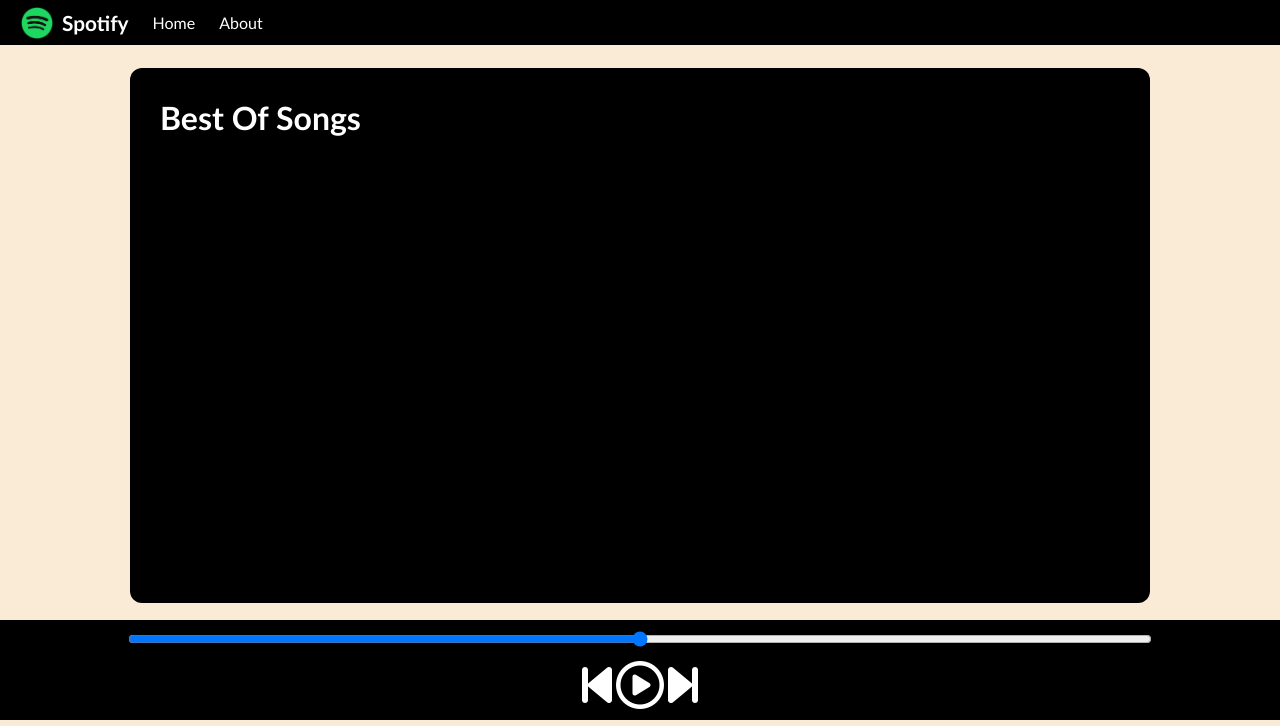
Repository: Chiranshukapil/Spotify-Project
Page: index.html
An editor plug-in stored every save of this project. The page is shown before and after the next save, followed by the edit.
The browser window is 1280 px wide. The pictures show the whole page.
Some web libraries are served in a nearby version.

Above is the page before, as saved 2024-06-17 20:54:57.

After the next save:
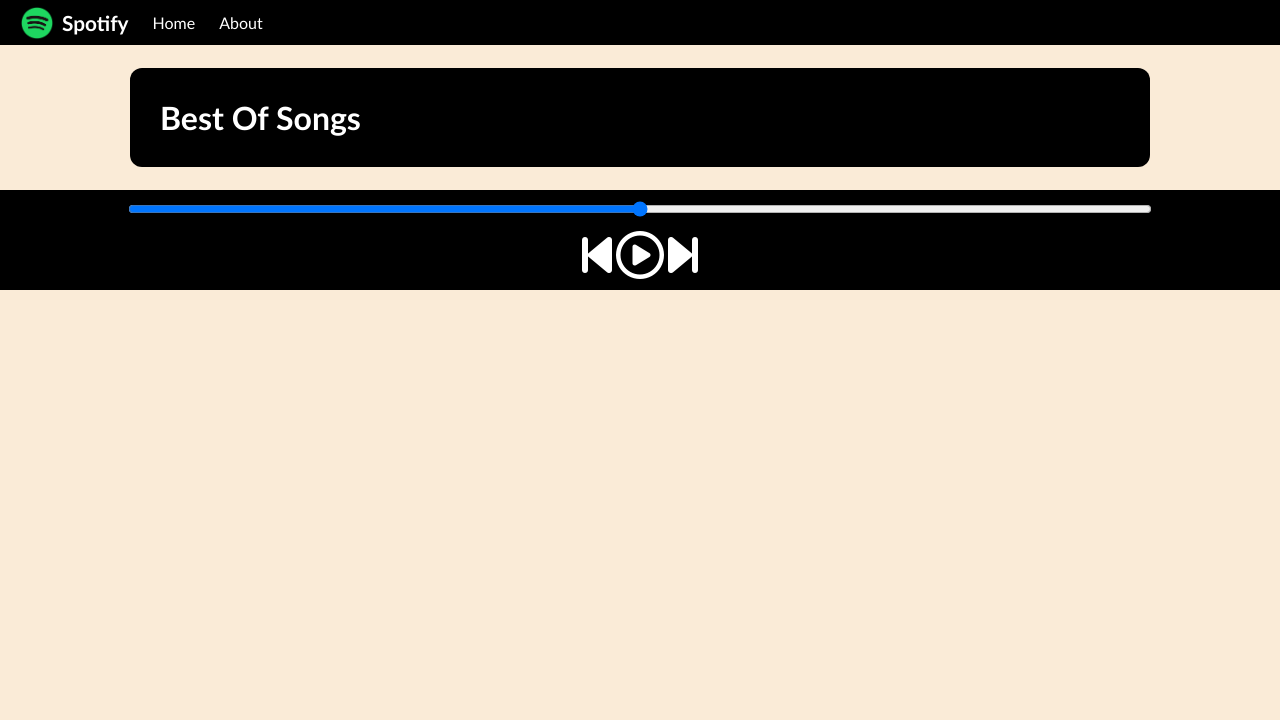
Saved 10 s later.
--- a/style.css
+++ b/style.css
@@ -39,7 +39,7 @@
 }
 
 .container{
-    min-height: 66vh;
+    /* min-height: 66vh; */
     background-color: black;
     color: white;
     font-family: 'Trebuchet MS', 'Lucida Sans Unicode', 'Lucida Grande', 'Lucida Sans', Arial, sans-serif;

After the save that followed:
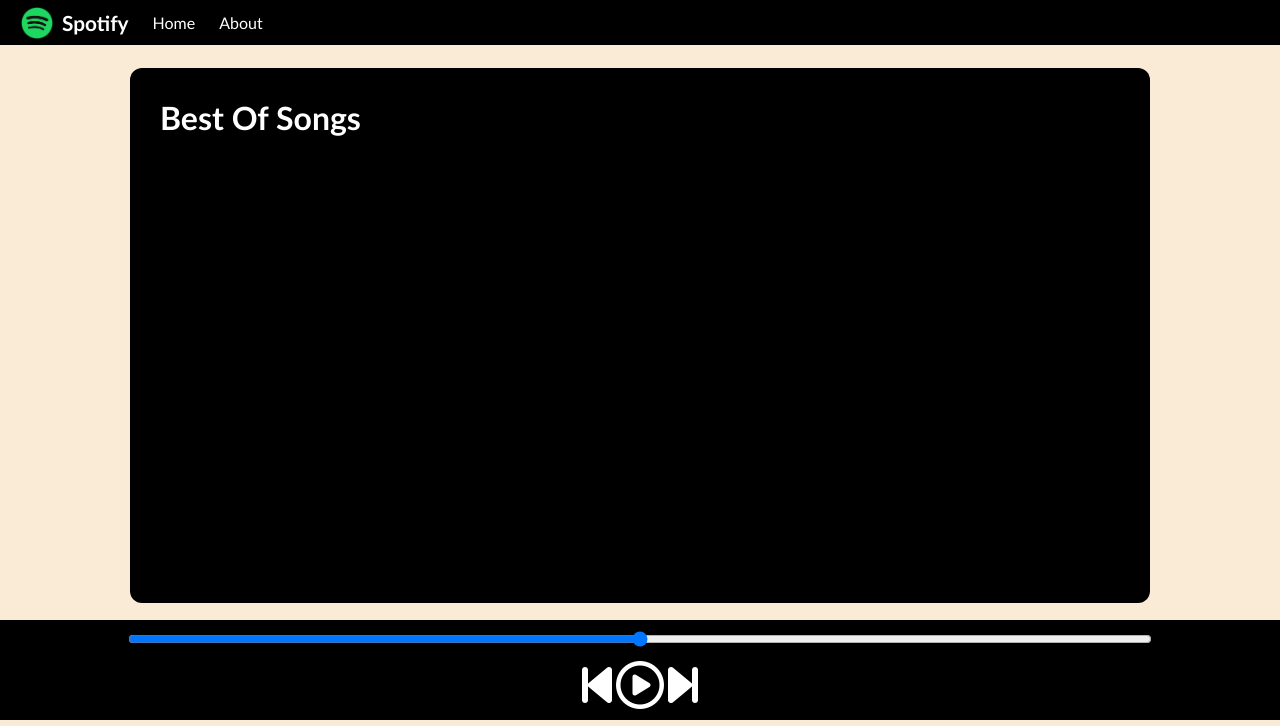
Saved 6 s later.
--- a/style.css
+++ b/style.css
@@ -39,7 +39,7 @@
 }
 
 .container{
-    /* min-height: 66vh; */
+    min-height: 66vh;
     background-color: black;
     color: white;
     font-family: 'Trebuchet MS', 'Lucida Sans Unicode', 'Lucida Grande', 'Lucida Sans', Arial, sans-serif;
